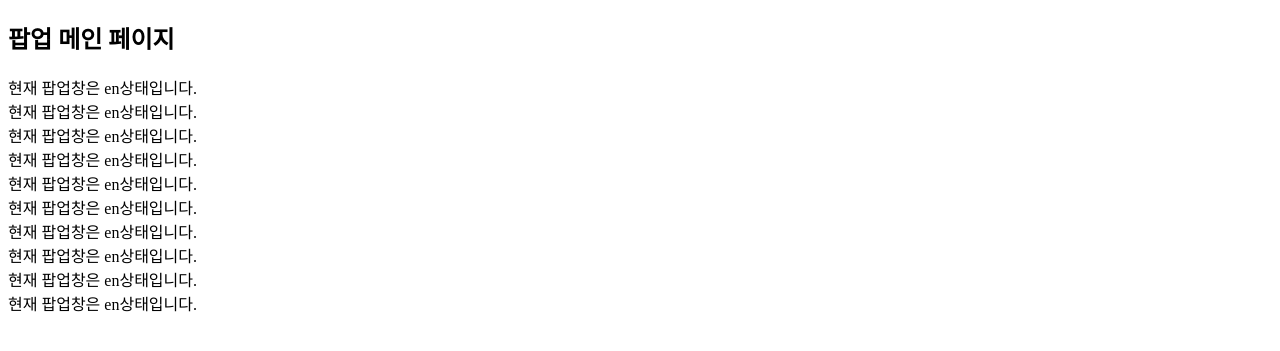
Repository: smallomg/bg-spring
Page: http://localhost/sesstionEx1/WEB-INF/views/popupMain.jsp
An editor plug-in stored every save of this project. The page is shown before and after the next save, followed by the edit.
The browser window is 1280 px wide. The pictures show the whole page.
The page is served by Tomcat 10. Nobody is signed in. Other server files are loaded and not shown. The template is opened directly, without the code that normally fills it, so the values that code supplies are empty.

Above is the page before, as saved 2025-05-20 05:32:01.

### ldy_spring/sesstionEx1/src/main/webapp/WEB-INF/views/popupMain.jsp
<%@ page language="java" contentType="text/html; charset=UTF-8"
    pageEncoding="UTF-8"%>
<!DOCTYPE html>
<html>
<head>
<meta charset="UTF-8">
<title>Insert title here</title>
</head>
<style>
	div#popup{
	position: absolute; top:100px; left: 50px; color: yellow;
	width: 270px; height: 100px; background-color: gray;

	}
	div#popup>div{
	position: relative; top:0px;  background-color: #ffffff;
	border: 1px solid gray; padding: 10px; color: black;
	}
</style>
<body>
<%
	String popupMode = "en";

	Cookie[] cookies = request.getCookies();
	if(cookies != null){
		for(Cookie c : cookies){
			String cookieName = c.getName();
			String cookieValue = c.getValue();
			if(cookieName.equals("PopupClose")){
				popupMode = cookieValue;
			}
		}
	}
%>
<h2>팝업 메인 페이지</h2>
<%
	for(int i = 1;i<=10;i++){
		out.print("현재 팝업창은 "+popupMode+"상태입니다.<br>");
	}

	if(popupMode.equals("on")){


%>

	<div id="popup">
		<h2 align="center">공지사항 팝업입니다.</h2>
		<div align="right">
			<form action="popFrm">
				<input type="checkbox" id="inactiveToday" value="1">
				하루동안 열지 않음
				<input type="button" value="닫기" id="closeBtn">
			</form>
		</div>
	</div>
<%
}%>




	<script src="https://ajax.googleapis.com/ajax/libs/jquery/3.7.1/jquery.min.js"></script>
	<script>
		$(function(){
			$('#closeBtn').click(function(){
				$('#popup').hide();

				var chkVal = $("input:checkbox[id=inactiveToday]:checked").val();
				console.log("chkVal : "+chkVal);
				if(chkVal == 1){
					$.ajax({
						url: '/popupCookie',
						type: 'get',
						data: {inactiveToday : chkVal}, // 보내는 데이터
						dataType: 'text', // 응답 데이터타입
						success: function(resData){
							console.log(resData);
							if(resData != ''){
								location.reload();
							}
						}
					});
				}
			})
		})
	</script>
</body>
</html>

After the next save:
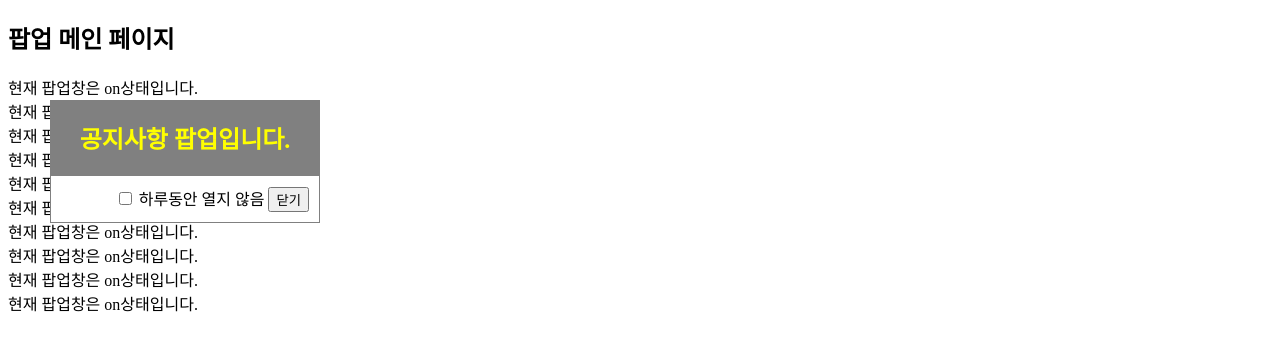
Saved 119 s later.
--- a/ldy_spring/sesstionEx1/src/main/webapp/WEB-INF/views/popupMain.jsp
+++ b/ldy_spring/sesstionEx1/src/main/webapp/WEB-INF/views/popupMain.jsp
@@ -19,7 +19,7 @@
 </style>
 <body>
 <%
-	String popupMode = "en";
+	String popupMode = "on";
 
 	Cookie[] cookies = request.getCookies();
 	if(cookies != null){
